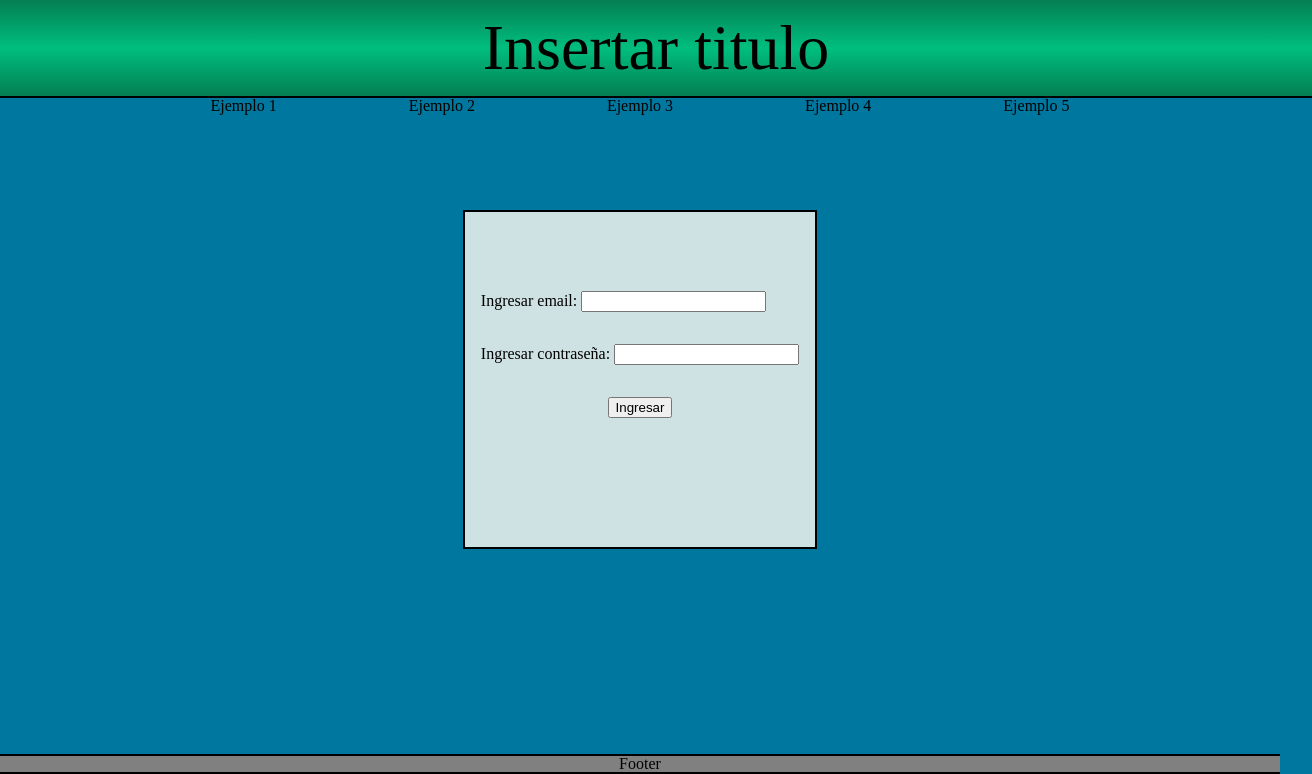
Repository: FacundoKinderknecht/Parcial-2-LPPA
Page: login/login.html
These files come from the project's save history. The page is drawn as it stood at one moment and after the next save; the edit follows.
The browser window is 1280 px wide. The page is 1312 px wide, so the pictures cover 1312 px, including what lies to the right of the window. The pictures show the whole page.

Above is the page before, as saved 2022-07-06 10:39:29.

After the next save:
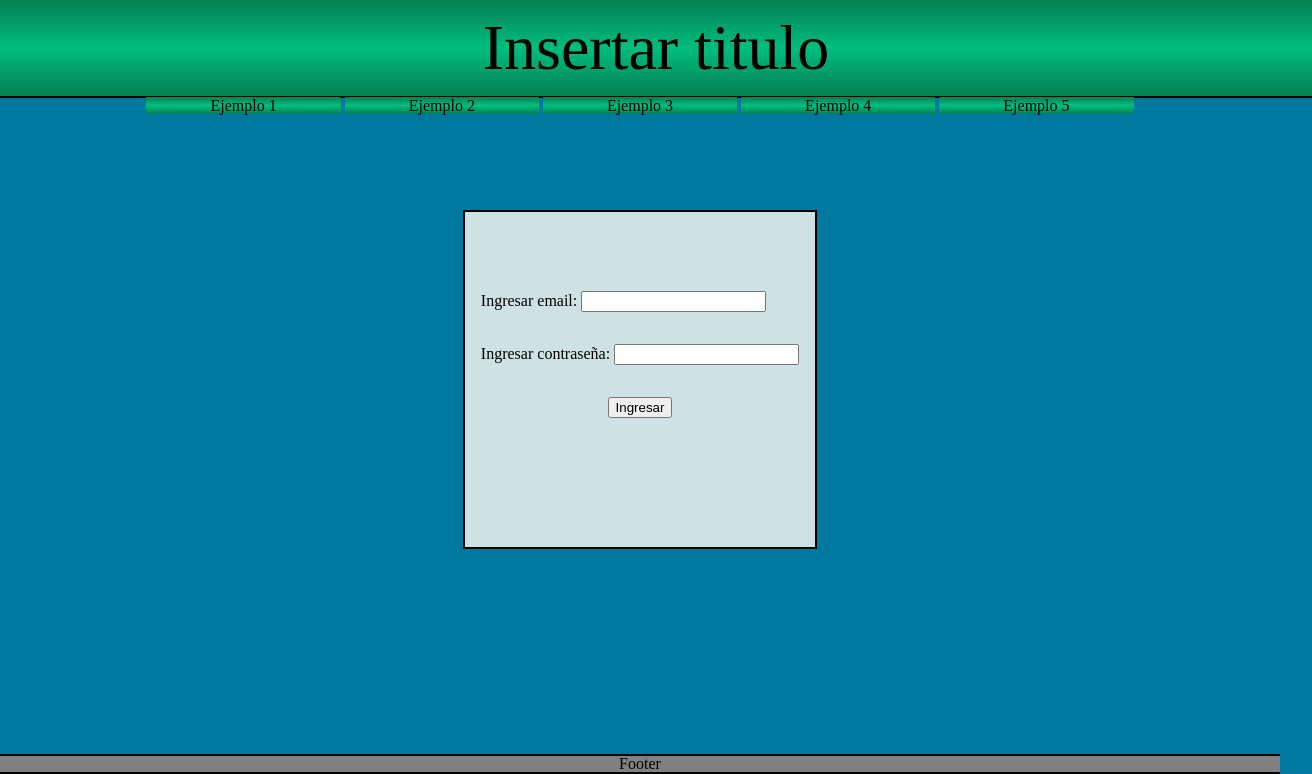
Saved 41 s later.
--- a/login/login.css
+++ b/login/login.css
@@ -17,6 +17,7 @@ li{
     color: black;
 }
 a{
+    background: linear-gradient(to top, rgb(4, 126, 83), rgb(0, 190, 126), rgb(4, 126, 83));
     text-decoration: none;
     color: black;
     padding: 0% 5%;
